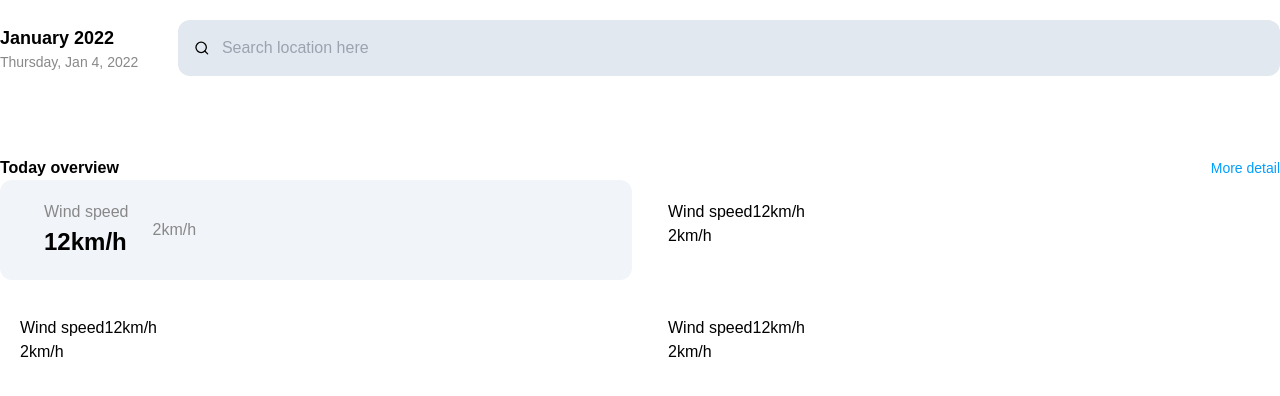
Repository: theweirdboiz/datawarehouse-ui
Page: /
An editor plug-in stored every save of this project. The page is shown before and after the next save, followed by the edit.
The browser window is 1280 px wide. The pictures show the whole page.
The project was rebuilt for these pictures with package versions that can differ from the ones it lists, and the page was loaded fresh each time. Also part of the build but not shown: vite.config.js.

Above is the page before, as saved 2022-11-23 16:29:18.

After the next save:
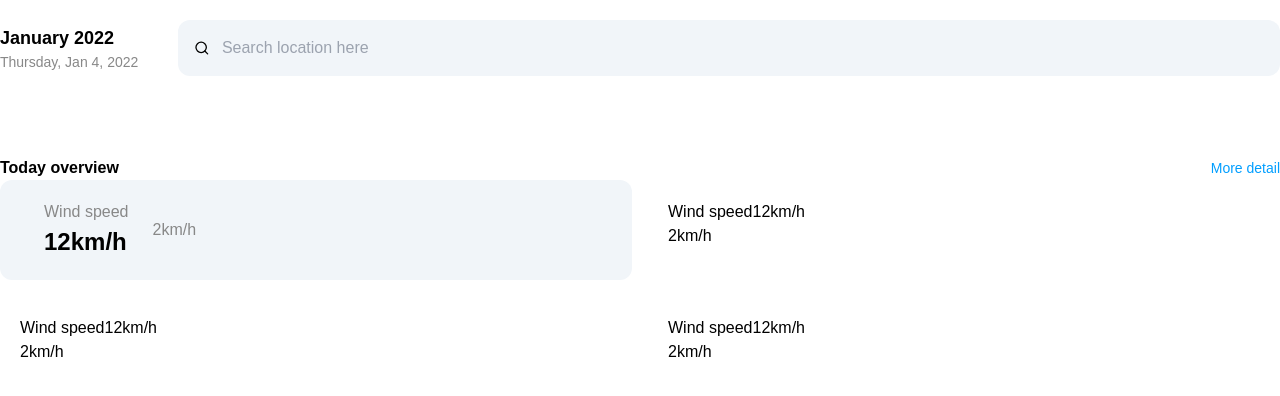
Saved 15 s later.
--- a/src/App.jsx
+++ b/src/App.jsx
@@ -7,7 +7,7 @@ function App() {
 
   const contentTop = "mt-[20px] flex items-center gap-x-10 mb-20";
   const contentSearch =
-    "content__search p-4 flex items-center gap-x-3 flex-1 rounded-xl bg-slate-200";
+    "content__search p-4 flex items-center gap-x-3 flex-1 rounded-xl bg-slate-100";
 
   return (
     <div className="container mx-auto">
